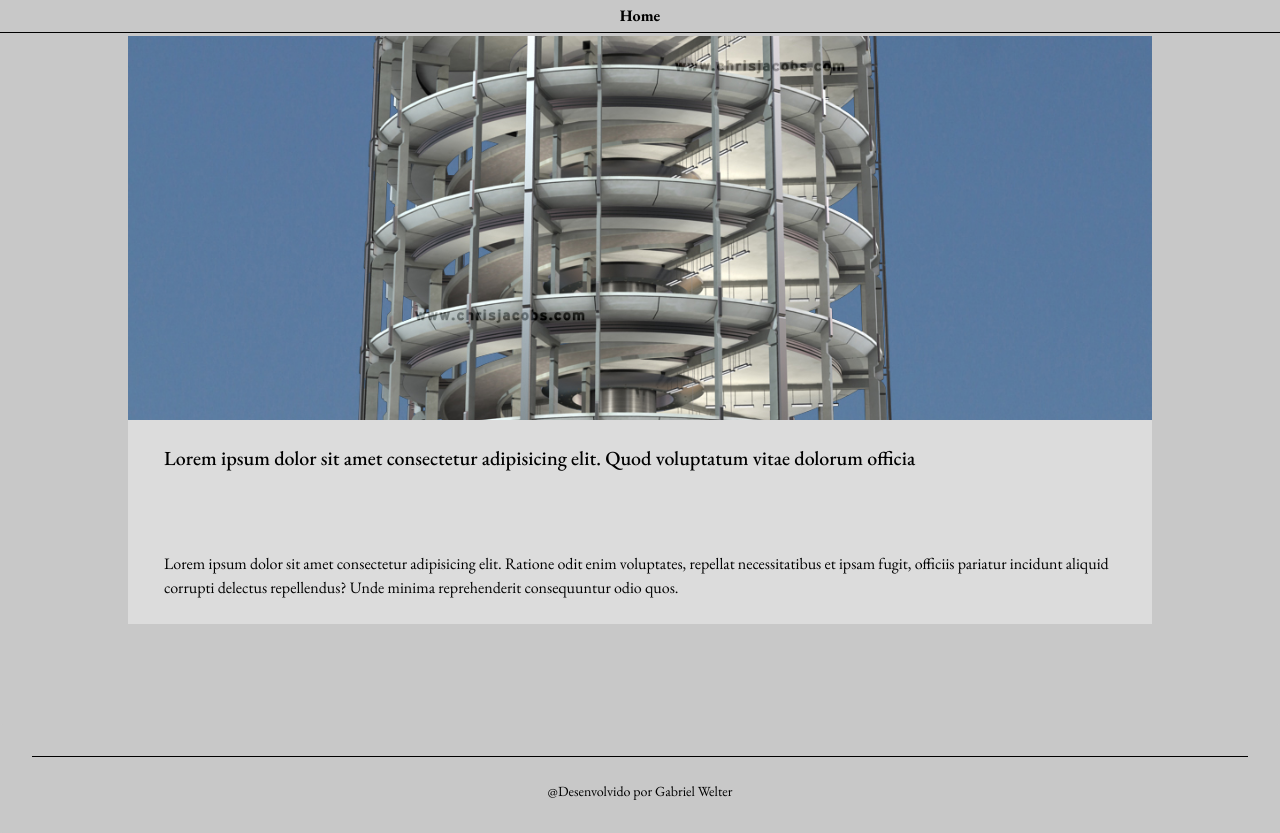
Repository: weltergab/Your-News-2-prismic-cms
Page: /noticiafull
The author's editor kept a copy of each file at every save. The page is drawn from the files as they stood at one save, then again after the next save.
The browser window is 1280 px wide. The pictures show the whole page.
The project was rebuilt for these pictures with package versions that can differ from the ones it lists, and the page was loaded fresh each time. The framework's server and built-in components were replaced by stand-ins that run in the browser. Also part of the build but not shown: next.config.js.

Above is the page before, as saved 2023-05-01 22:07:57.

### src/pages/_document.tsx
import { Footer } from '@/components/Footer'
import { Navegacao } from '@/components/Navegacao'
import { Html, Head, Main, NextScript } from 'next/document'

export default function Document() {
  return (
    <Html lang="en">
      <Head>
        <link
          href="https://fonts.googleapis.com/css2?family=Roboto:wght@400;500&display=swap"
          rel="stylesheet"
        />
        <link rel="preconnect" href="https://fonts.googleapis.com" />
        <link rel="preconnect" href="https://fonts.gstatic.com" />
        <link href="https://fonts.googleapis.com/css2?family=EB+Garamond:ital,wght@0,400;0,500;0,600;0,700;0,800;1,400;1,500;1,600;1,700;1,800&family=Montserrat:ital,wght@0,300;0,400;0,500;0,600;0,700;0,800;0,900;1,300;1,400;1,500;1,600;1,700;1,800;1,900&display=swap" rel="stylesheet" />
      </Head>
      <body>
        <Navegacao />

        <Main />
        <NextScript />

        <Footer />
      </body>
    </Html>
  )
}

### src/pages/noticiafull/index.tsx
import Image from "next/image";

function NoticiaFull() {

  return (
    <div className='bg-color-bg bg-center bg-cover bg-no-repeat mt-1 min-h-screen items-center flex flex-col'>

      <h1>Noticia Full</h1>
      <div className="bg-color-bg2 items-center flex flex-col w-full max-w-5xl">
        <div className="h-96 w-full border-color-bg2 bg-green-300 relative overflow-hidden">
          <Image
            src="/vert.jpg"
            alt="Minha imagem"
            fill
            style={{ objectFit: 'cover' }} // object-fit: "contain"
          />
        </div>
        <div className="h-auto py-6 mx-3 px-6 flex flex-col relative">
          <h1 className="font-medium pb-20 text-xl">Lorem ipsum dolor sit amet consectetur adipisicing elit. Quod voluptatum vitae dolorum officia</h1>
          <p>Lorem ipsum dolor sit amet consectetur adipisicing elit. Ratione odit enim voluptates, repellat necessitatibus et ipsam fugit, officiis pariatur incidunt aliquid corrupti delectus repellendus? Unde minima reprehenderit consequuntur odio quos.</p>
        </div>
      </div>

    </div>
  )
}

export default NoticiaFull;

### src/styles/globals.css
@tailwind base;
@tailwind components;
@tailwind utilities;

h1 {
    @apply text-2xl text-color-title;
}

body {
    @apply bg-color-bg text-color-text2;
    -webkit-font-smoothing: antialiased;
  }

  /*

  a {
    color: #0070f3;
    text-decoration: none;
    font-weight: bold;
  }

  a:hover {
    font-style: italic;
  }


.btn {
    @apply text-base font-medium rounded-lg p-3;
}
.btn--primary {
    @apply bg-sky-500 text-white;
}
.btn--secondary {
    @apply bg-slate-100 text-slate-900;
}


Caixa de Texto 1
color: #f8fafc;
    background-color: var(--tw-prose-pre-bg);
    overflow-x: auto;
    font-weight: 400;
    font-size: .875em;
    line-height: 1.7142857;
    margin-top: 1.4285714285714286em;
    margin-bottom: 2.2857142857142856em;
    border-radius: 0.75rem;
    padding: 1.25rem;
    box-shadow: 0 4px 6px -1px #0000001a, 0 2px 4px -2px #0000001a;
    display: flex;
*/

### src/components/Footer/index.tsx
export function Footer() {
  return (
    <div className="bg-color-footer text-color-text p-8 rounded">
      <div className="border-t border-black pb-6"></div>
      <div className="text-center text-sm">
        @Desenvolvido por Gabriel Welter
      </div>
    </div>
  );
}

### src/components/Navegacao/index.tsx
import Link from "next/link";

export function Navegacao() {
  return (
    <div className="bg-color-footer w-full text-color-text p-1 mb-40 top-0 fixed z-10 border-b border-black">
      <div className="text-center">
        <Link href="/">
          <h2 className="font-bold">Home</h2>
        </Link>
      </div>
    </div>
  );
}

### tailwind.config.js
/** @type {import('tailwindcss').Config} */
module.exports = {
  content: [
    './src/pages/**/*.{js,ts,jsx,tsx,mdx}',
    './src/components/**/*.{js,ts,jsx,tsx,mdx}',
    './src/app/**/*.{js,ts,jsx,tsx,mdx}',

    // Or if using `src` directory:
    "./src/**/*.{js,ts,jsx,tsx,mdx}",
  ],
  theme: {
    extend: {
      backgroundImage: {
        blur: 'url(/assets/blur-background.png)'
      },
      fontFamily: {
        sans: 'EB Garamond, serif, Montserrat, sans-serif'
      },
      colors: {
        black1: { //
          200: '#848DA0',
          300: '#C4C4C4',
          400: '#444B5B',
          500: '#0EE7B7',
          600: '#7AC7E3',
        },
        green: {
          300: '#00B37E',
          500: '#00875F',
          700: '#015F43',
        },
        blue: {
          500: '#81D8F7',
          700: '#1B2138',
          900: '#11172B',//
        },
        orange: {
          500: '#FBA94C',
        },
        red: {
          500: '#F75A68',
        },
        gray: {
          100: '#E1E1E6',
          200: '#C4C4CC',
          300: '#8D8D99',
          400: '#f8fafc', //
          500: '#323238',
          600: '#29292E',
          700: '#121214',
          900: '#09090A',
        },
        test: {
          100: '#1A1E23',
          200: '#4A90E2',
          300: '#F2F2F2',
          400: '#222222',
          500: '#68CC7A',
          600: '#FF5B5B',
        },
        fav: {
          100: '#242D34', //desfocado twitter blue
          300: '#15202B', //twitter blue
          200: '#282A36', //vscode
          400: '#11172B', //meu portifolio
        },
        color1: {
          'btn': '#0E2A47', // botões principais, textos de destaque e links que precisam se destacar
          'btn2': '#485B39', // botões secundários, elementos de navegação e detalhes que precisam se destacar sem serem tão intensos
          'bg': '#D8D8D8', // bg
          'bg2': '#11172B', // fundos dos elementos de conteúdo
          'del': '#7A1E1E', // botões de ação destrutiva
          'title': '#3B0D35', // cabeçalhos de seções importantes e títulos de página
          'confirm': '#FFA400', // botões de ação positiva
          'text': '#FFFFFF', // texto principal e o fundo de elementos de destaque
          'text2': '#000000',
          'div': '#A8A8A8', // bordas e elementos de divisão
          'footer': '#000000', // footer e nav
        },
        color: {
          'btn': '#0E2A47',
          'btn2': '#485B39',
          'bg': '#C8C8C8',
          'bg2': '#DCDCDC', //#DCDCDC
          'del': '#7A1E1E',
          'title': '#000000',
          'confirm': '#FFA400',
          'text': '#000000',
          'text2': '#000000',
          'div': '#A8A8A8', //#A8A8A8
          'footer': '#C8C8C8',
        }
      },
    },
  },
  plugins: [],
}

Loaded but not shown: src/pages/_app.tsx (common file)

After the next save:
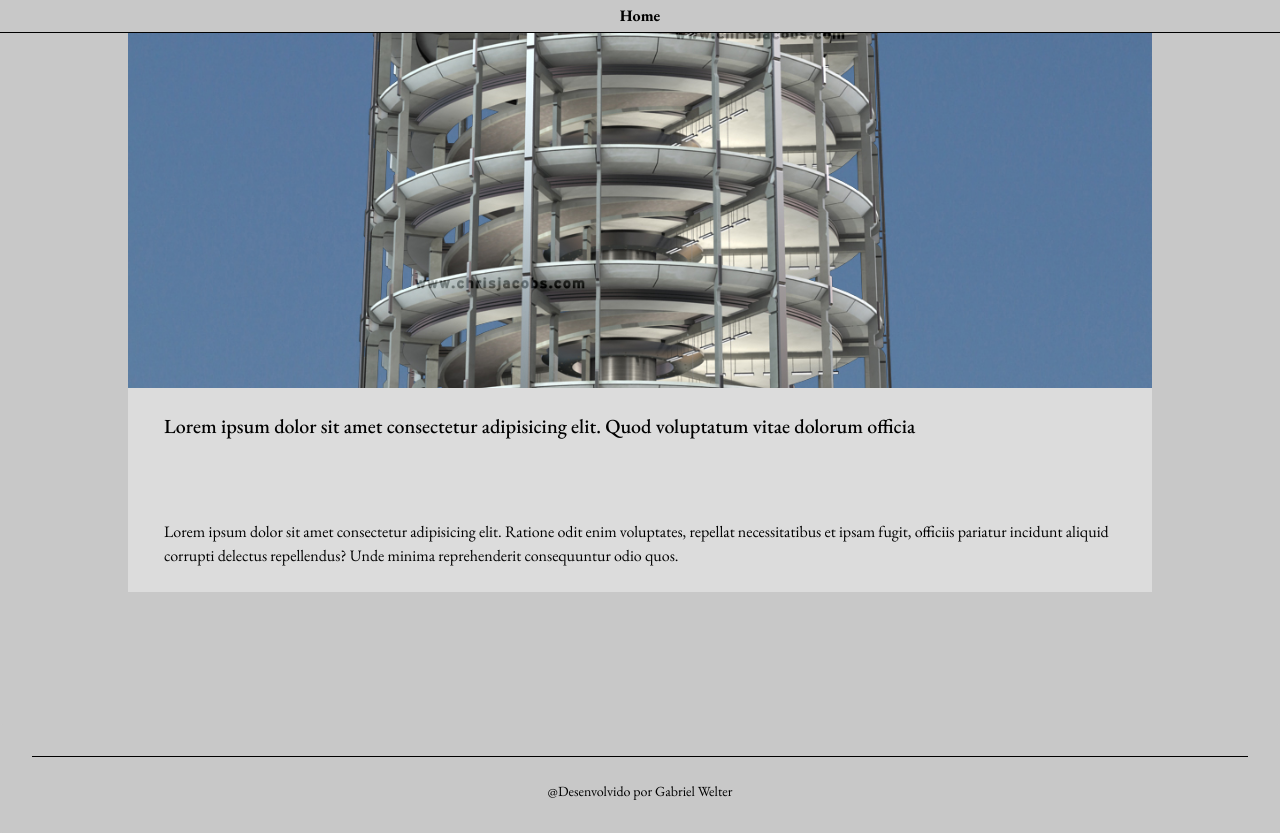
Saved 14 s later.
--- a/src/pages/noticiafull/index.tsx
+++ b/src/pages/noticiafull/index.tsx
@@ -5,7 +5,6 @@
   return (
     <div className='bg-color-bg bg-center bg-cover bg-no-repeat mt-1 min-h-screen items-center flex flex-col'>
 
-      <h1>Noticia Full</h1>
       <div className="bg-color-bg2 items-center flex flex-col w-full max-w-5xl">
         <div className="h-96 w-full border-color-bg2 bg-green-300 relative overflow-hidden">
           <Image
